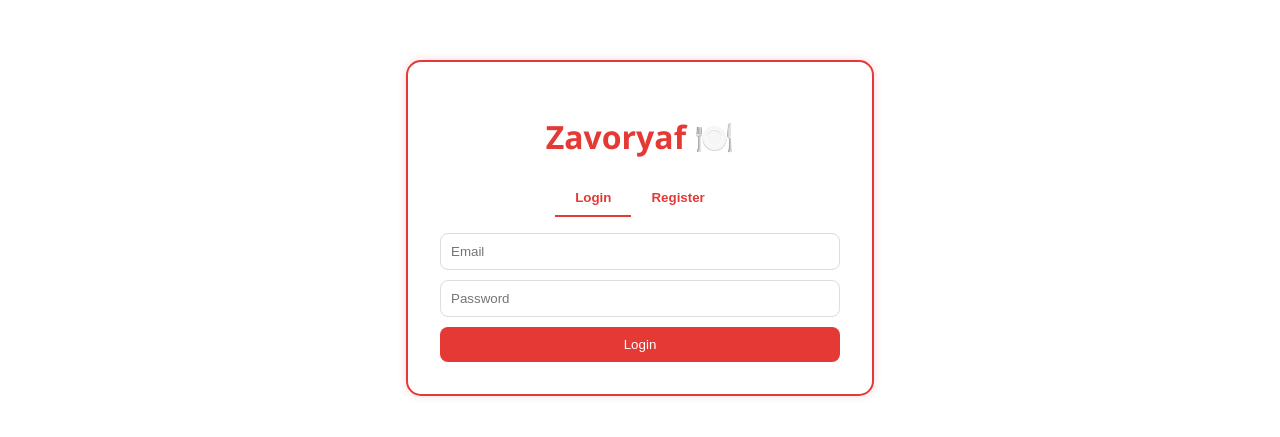
Repository: 1Siri7/chef
Page: index.html
These files come from the project's save history. The page is drawn as it stood at one moment and after the next save; the edit follows.
The browser window is 1280 px wide. The pictures show the whole page.

Above is the page before, as saved 2025-07-29 20:37:52.

After the next save:
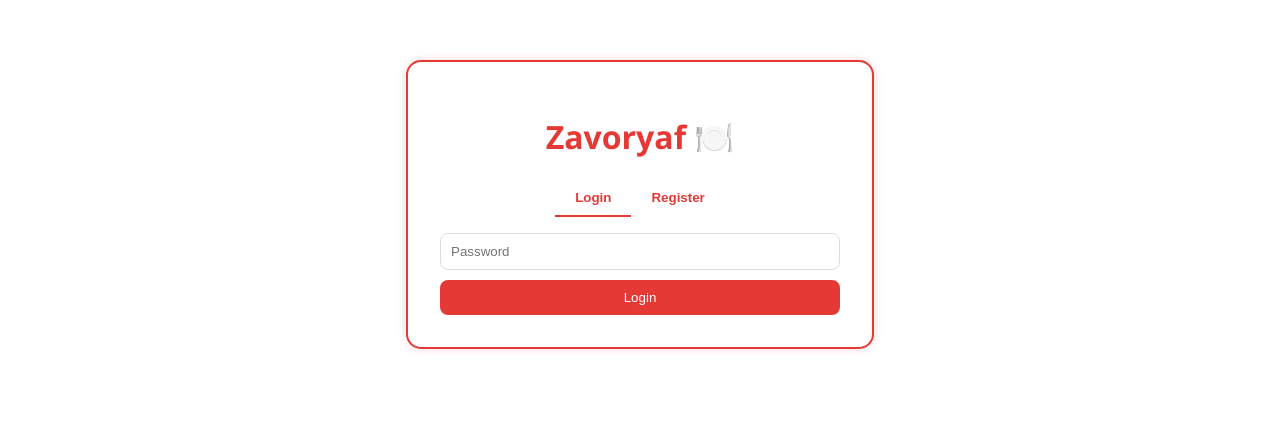
Saved 18 h 37 min later.
--- a/index.html
+++ b/index.html
@@ -15,7 +15,7 @@
       <button id="registerBtn">Register</button>
     </div>
 
-    <form id="loginForm" class="auth-form">
+    <form id="loginForm" class="auth-form"
       <input type="email" placeholder="Email" required />
       <input type="password" placeholder="Password" required />
       <button type="submit">Login</button>
@@ -27,7 +27,7 @@
       <input type="password" placeholder="Password" required />
       <button type="submit">Register</button>
     </form>
-  </div>
+  </div
 
   <script src="script.js"></script>
 </body>

After the save that followed:
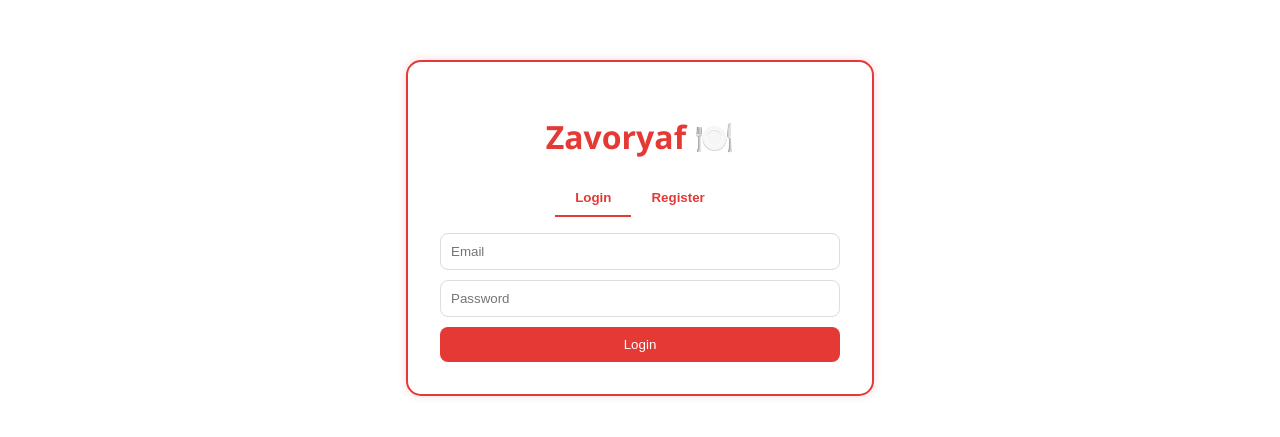
Saved 4 s later.
--- a/index.html
+++ b/index.html
@@ -15,19 +15,28 @@
       <button id="registerBtn">Register</button>
     </div>
 
-    <form id="loginForm" class="auth-form"
+    <!-- Login Form -->
+    <form id="loginForm" class="auth-form">
       <input type="email" placeholder="Email" required />
       <input type="password" placeholder="Password" required />
       <button type="submit">Login</button>
     </form>
 
-    <form id="registerForm" class="auth-form hidden">
+    <!-- Register Form -->
+    <form id="registerForm" class="auth-form hidden" enctype="multipart/form-data">
       <input type="text" placeholder="Name" required />
       <input type="email" placeholder="Email" required />
       <input type="password" placeholder="Password" required />
+
+      <label>Upload Certificate (PDF/Image):</label>
+      <input type="file" accept=".pdf,image/*" required />
+
+      <label>Upload Kitchen Photos (Images):</label>
+      <input type="file" accept="image/*" multiple required />
+
       <button type="submit">Register</button>
     </form>
-  </div
+  </div>
 
   <script src="script.js"></script>
 </body>
